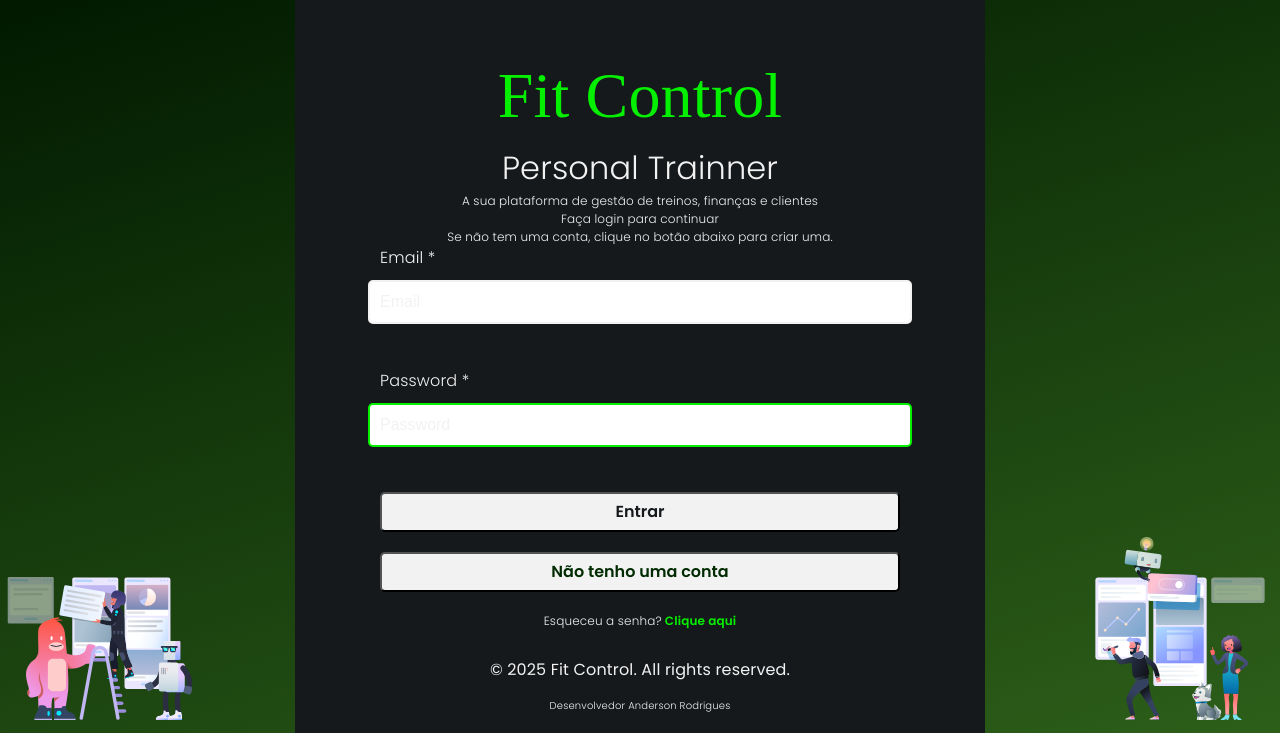
Repository: fit-control/frontend-fit-control
Page: /
The author's editor kept a copy of each file at every save. The page is drawn from the files as they stood at one save, then again after the next save.
The browser window is 1280 px wide. The pictures show the whole page.
The pointer rests on the first visible `button`.
The page's requests for data from a server got no answer. Some web fonts or font styles are not loaded; a fallback is used. The project was rebuilt for these pictures with package versions that can differ from the ones it lists, and the page was loaded fresh each time. No one was signed in, and anything a server would have sent is missing. Also part of the build but not shown: next.config.js, vite.config.ts, src/components/containerCenterCadastro.tsx, src/pages/About.tsx, src/pages/NotFound.tsx, src/components/AuthRoutes.tsx, src/pages/PaginaTeste.tsx.

Above is the page before, as saved 2025-03-23 16:38:23.

After the next save:
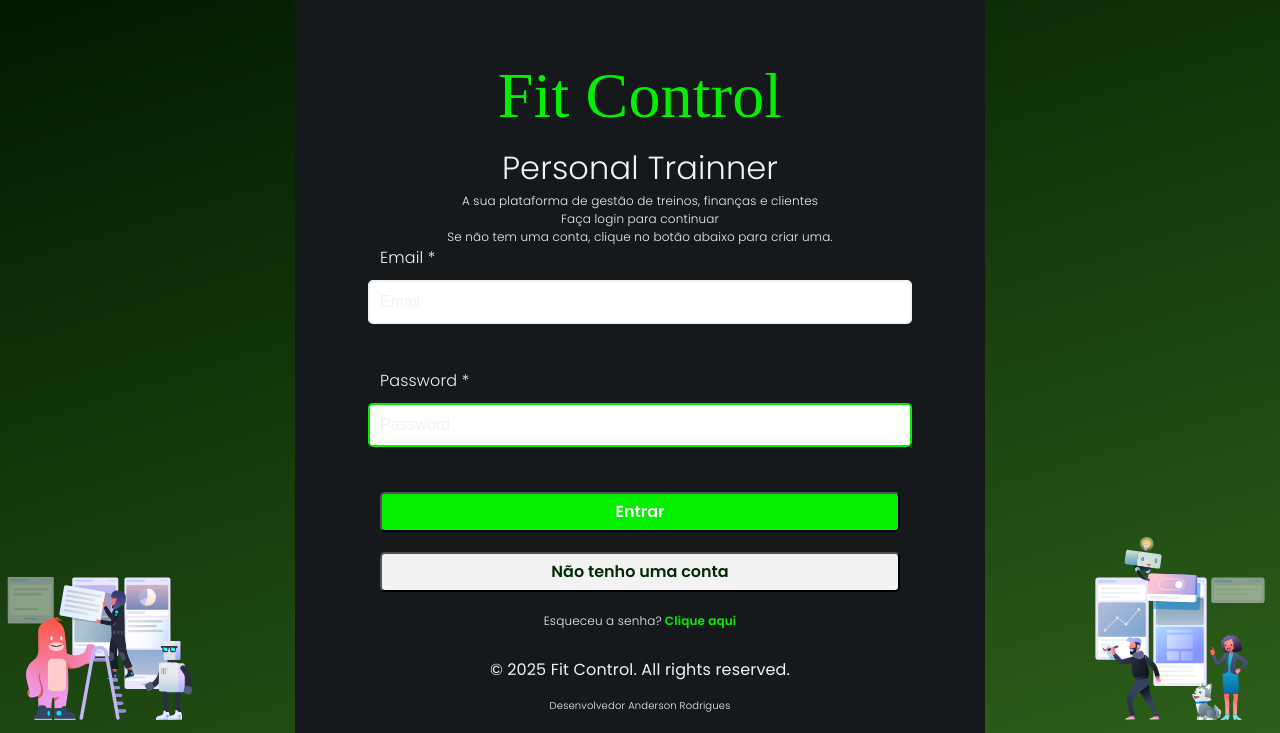
Saved 7 min 26 s later.
--- a/src/App.css
+++ b/src/App.css
@@ -191,8 +191,8 @@ body {
         transition: all 0.3s ease;
       }
       button:hover {
-        background-color: #F2F2F2;
-        color: #16191B;
+        background-color: #04F000;
+        color: white;
         cursor: pointer;
       }
       button:active {
@@ -225,7 +225,7 @@ body {
 
       }
       .registerButton:hover {
-        background-color: #012B00;
+        background-color: #04F000;
         text-decoration: underline;
         color: #F2F2F2;
         cursor: pointer;
